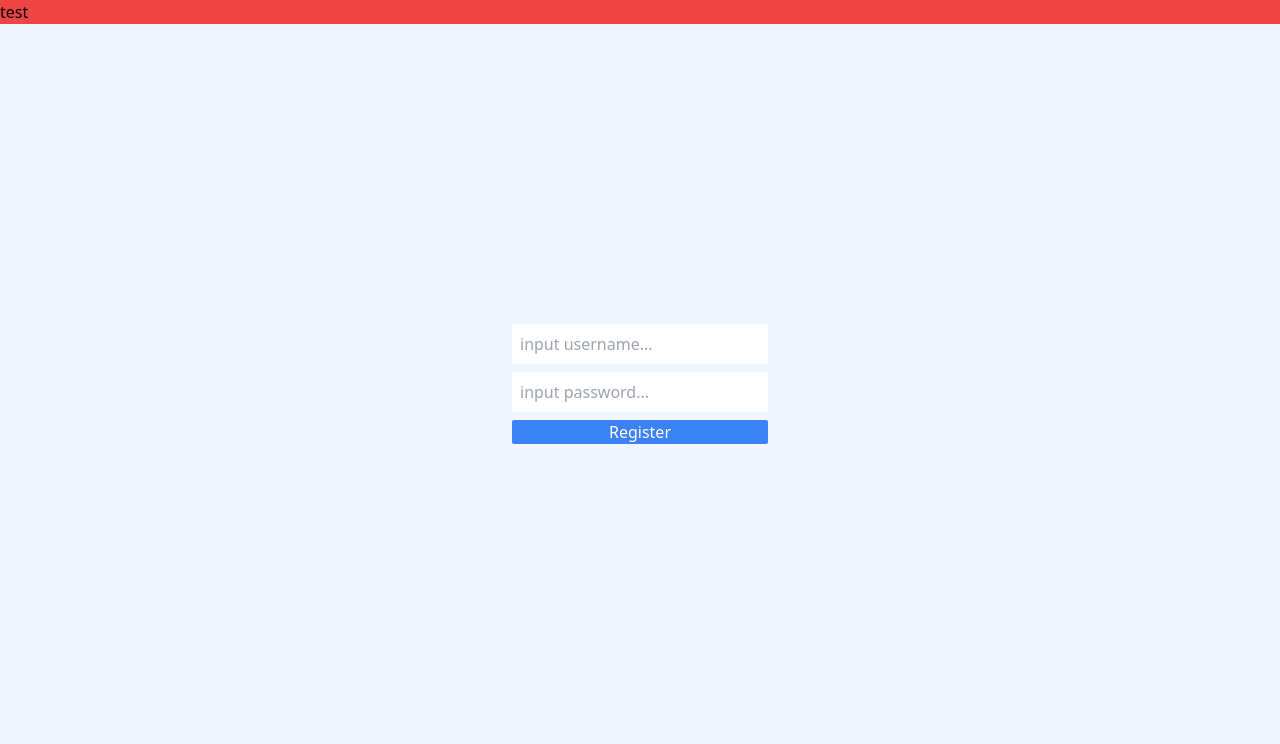
Repository: HAONANTAO/MERN_chat_app
Page: / (app in client/)
The author's editor kept a copy of each file at every save. The page is drawn from the files as they stood at one save, then again after the next save.
The browser window is 1280 px wide. The pictures show the whole page.
The project was rebuilt for these pictures with package versions that can differ from the ones it lists, and the page was loaded fresh each time. Also part of the build but not shown: client/vite.config.js.

Above is the page before, as saved 2024-03-18 15:59:25.

After the next save:
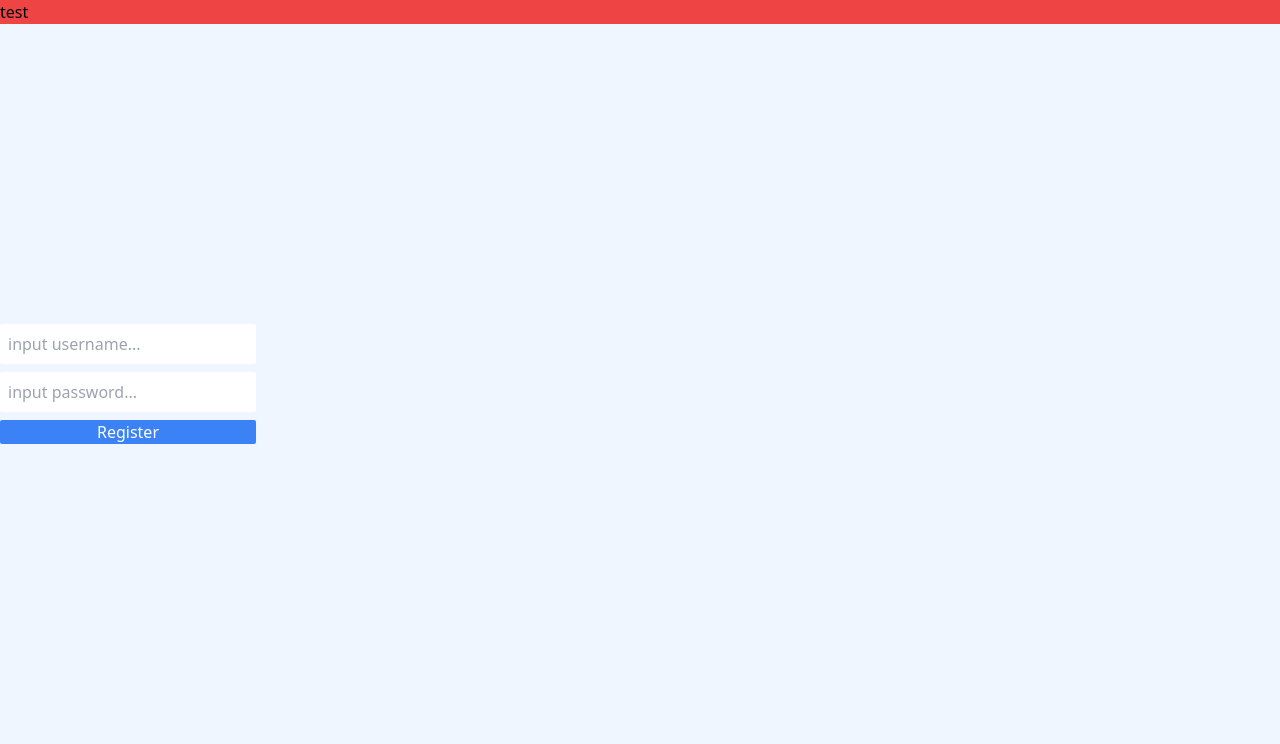
Saved 4 s later.
--- a/client/src/Register.jsx
+++ b/client/src/Register.jsx
@@ -4,7 +4,7 @@
   return (
     <div className="bg-blue-50 h-screen flex items-center">
       {/* margin auto == center */}
-      <form className="w-64 mx-auto">
+      <form className="w-64">
         <input
           type="text"
           placeholder="input username..."

After the save that followed:
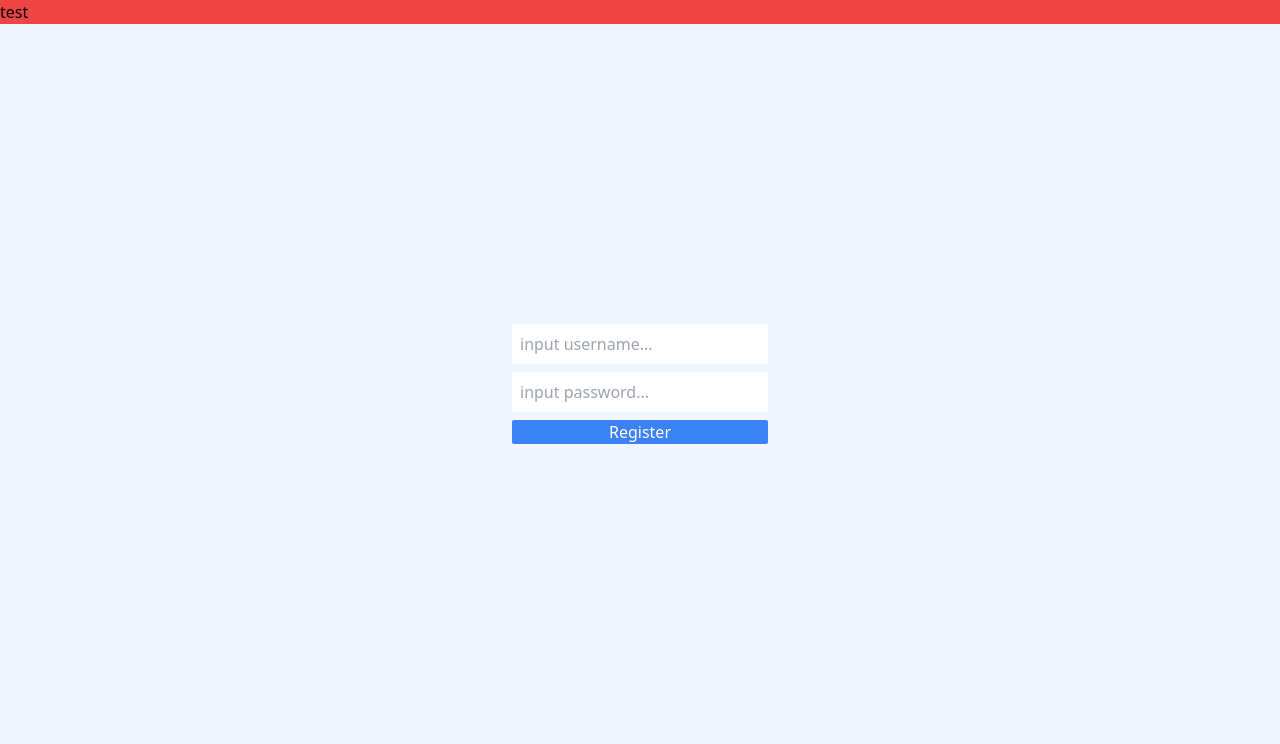
Saved 4 s later.
--- a/client/src/Register.jsx
+++ b/client/src/Register.jsx
@@ -4,7 +4,7 @@
   return (
     <div className="bg-blue-50 h-screen flex items-center">
       {/* margin auto == center */}
-      <form className="w-64">
+      <form className="w-64 mx-auto">
         <input
           type="text"
           placeholder="input username..."
